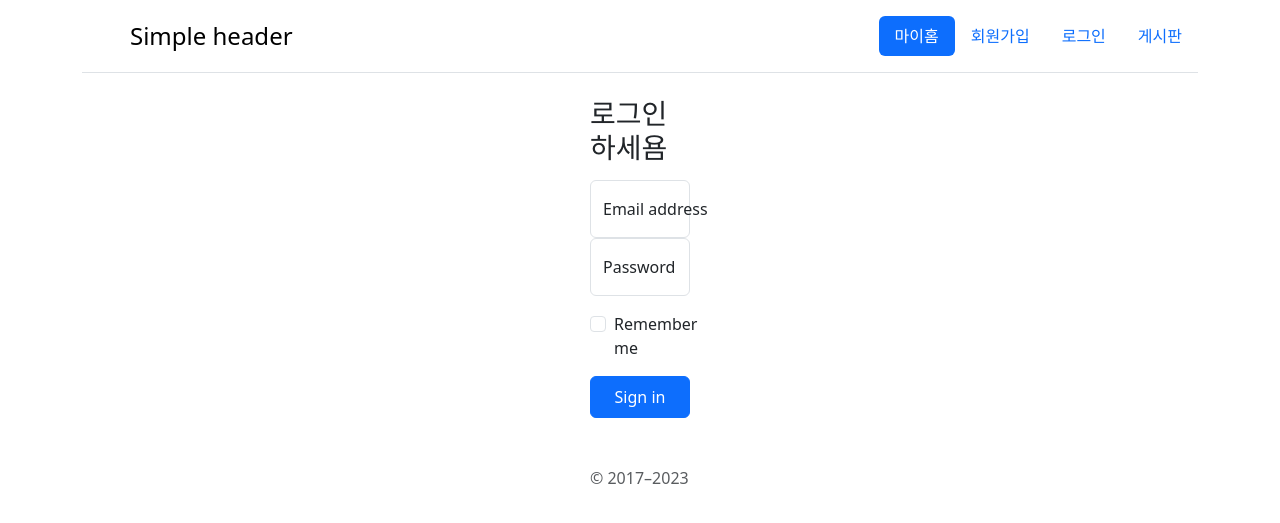
Repository: 2JISUN/hta-lecture-basic
Page: http://localhost/jsp04/member/login.jsp
An editor plug-in stored every save of this project. The page is shown before and after the next save, followed by the edit.
The browser window is 1280 px wide. The pictures show the whole page.
The page is served by Tomcat 10.

Above is the page before, as saved 2023-09-19 01:34:32.

After the next save:
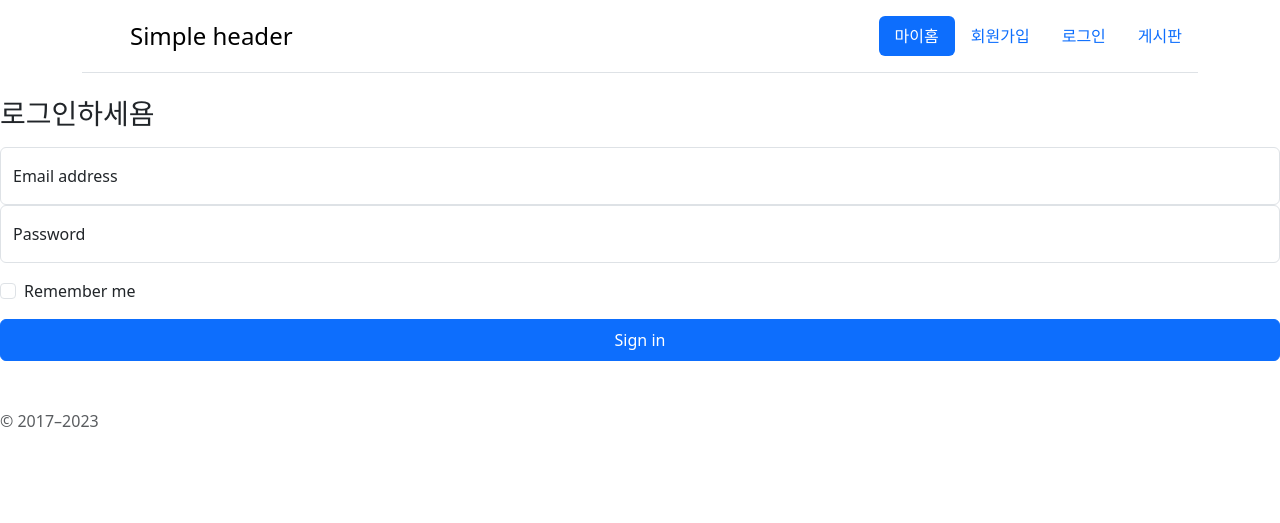
Saved 12 s later.
--- a/jsp-lecture/jsp04/src/main/webapp/css/form.css
+++ b/jsp-lecture/jsp04/src/main/webapp/css/form.css
@@ -1,4 +1,4 @@
 @charset "UTF-8";
 .form-signin{
-	max-width: 100px;
+	max-width: 100%;
 }
